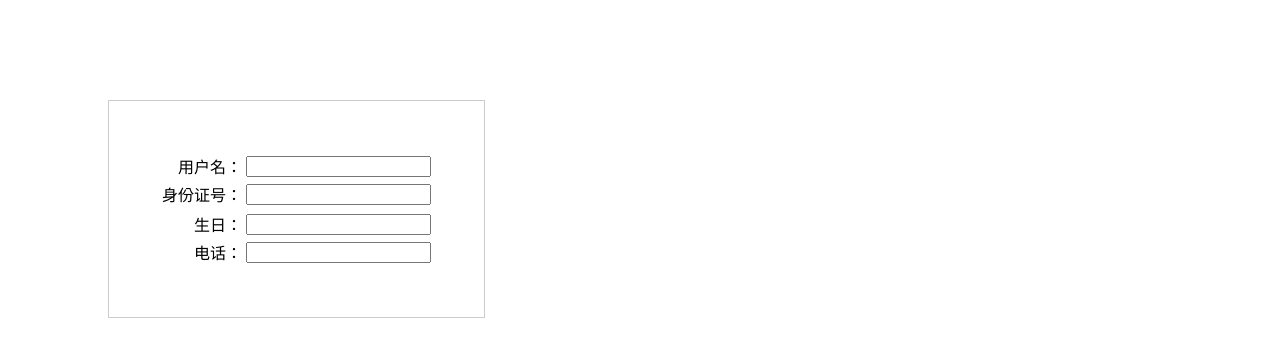
Repository: showmore/study
Page: http://localhost/MyWebProject/
These files come from the project's save history. The page is drawn as it stood at one moment and after the next save; the edit follows.
The browser window is 1280 px wide. The pictures show the whole page.
The page is served by Tomcat 9.

Above is the page before, as saved 2018-12-23 10:03:25.

After the next save:
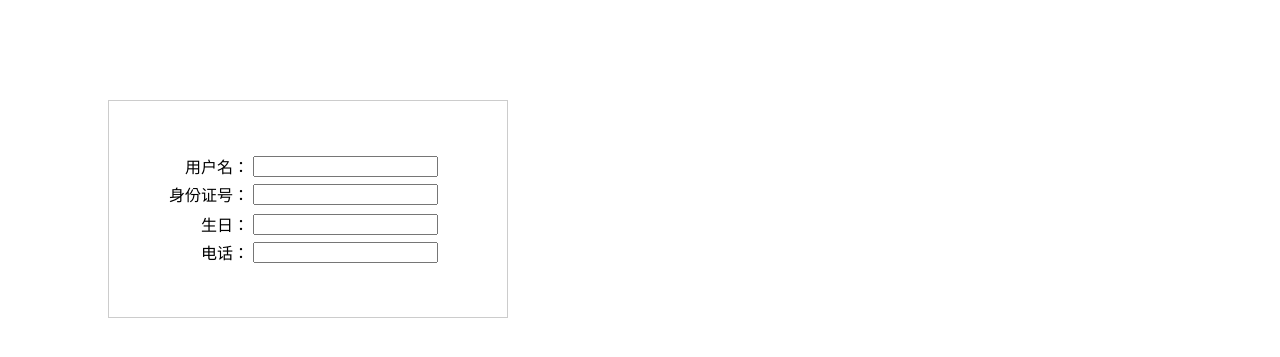
Saved 15 s later.
--- a/MyWebProject/WebContent/index.jsp
+++ b/MyWebProject/WebContent/index.jsp
@@ -8,7 +8,7 @@
 </head>
 <body>
 
-	<table style="margin:100px; padding:50px; border: 1px #ccc solid;">
+	<table style="margin:100px; padding:50px; border: 1px #ccc solid; width:400px;">
 		<tr>
 		  <td style="text-align:right;">用户名：</td>
 		  <td style="text-align:left;"><input type="text" name="username" /></td>
